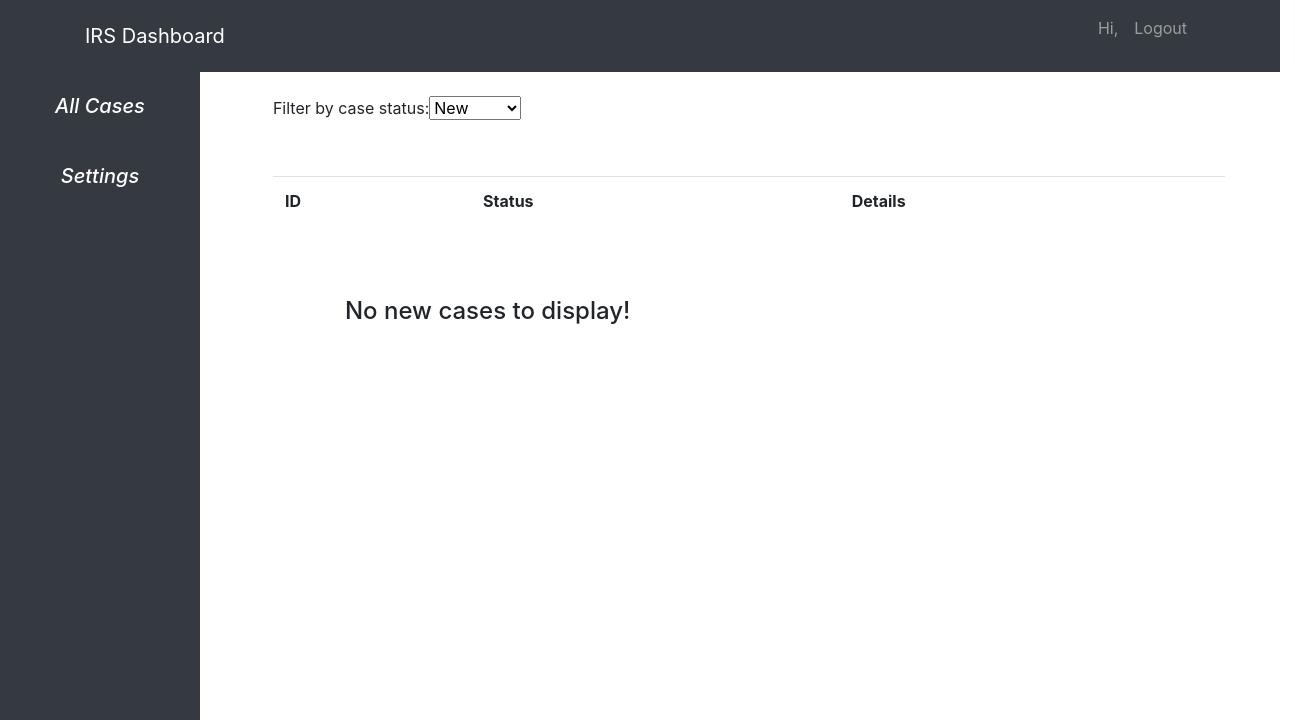
Repository: greeshmavyas/IRS_CS
Page: /AgentDashboard (app in AgentManagement/Frontend/)
An editor plug-in stored every save of this project. The page is shown before and after the next save, followed by the edit.
The browser window is 1280 px wide. The page is 1295 px wide, so the pictures cover 1295 px, including what lies to the right of the window. The pictures show the whole page.
Some web libraries are served in a nearby version. The project was rebuilt for these pictures with package versions that can differ from the ones it lists, and the page was loaded fresh each time. Also part of the build but not shown: AgentManagement/Frontend/src/components/NavbarLogin.js, AgentManagement/Frontend/src/components/login.js, AgentManagement/Frontend/src/components/updateProfile.js, AgentManagement/frontend/src/App.css.

Above is the page before, as saved 2020-11-05 23:44:35.

### AgentManagement/frontend/public/index.html
<!DOCTYPE html>
<html lang="en">
  <head>
    <meta charset="utf-8" />
    <link rel="icon" href="%PUBLIC_URL%/favicon.ico" />
    <meta name="viewport" content="width=device-width, initial-scale=1" />
    <meta name="theme-color" content="#000000" />
    <meta
      name="description"
      content="Web site created using create-react-app"
    />
    <link rel="apple-touch-icon" href="%PUBLIC_URL%/logo192.png" />
    <!--
      manifest.json provides metadata used when your web app is installed on a
      user's mobile device or desktop. See https://developers.google.com/web/fundamentals/web-app-manifest/
    -->
    <link rel="manifest" href="%PUBLIC_URL%/manifest.json" />
    <link rel="stylesheet" href="https://stackpath.bootstrapcdn.com/bootstrap/4.4.1/css/bootstrap.min.css"
      integrity="sha384-Vkoo8x4CGsO3+Hhxv8T/Q5PaXtkKtu6ug5TOeNV6gBiFeWPGFN9MuhOf23Q9Ifjh" crossorigin="anonymous">
    <script src="https://kit.fontawesome.com/db1fc867ad.js" crossorigin="anonymous"></script>
    <!--
      Notice the use of %PUBLIC_URL% in the tags above.
      It will be replaced with the URL of the `public` folder during the build.
      Only files inside the `public` folder can be referenced from the HTML.

      Unlike "/favicon.ico" or "favicon.ico", "%PUBLIC_URL%/favicon.ico" will
      work correctly both with client-side routing and a non-root public URL.
      Learn how to configure a non-root public URL by running `npm run build`.
    -->
    <title>React App</title>
  </head>
  <body>
    <noscript>You need to enable JavaScript to run this app.</noscript>
    <div id="root"></div>
    <script src="https://code.jquery.com/jquery-3.4.1.slim.min.js"
      integrity="sha384-J6qa4849blE2+poT4WnyKhv5vZF5SrPo0iEjwBvKU7imGFAV0wwj1yYfoRSJoZ+n" crossorigin="anonymous"></script>
    <script src="https://cdn.jsdelivr.net/npm/popper.js@1.16.0/dist/umd/popper.min.js"
      integrity="sha384-Q6E9RHvbIyZFJoft+2mJbHaEWldlvI9IOYy5n3zV9zzTtmI3UksdQRVvoxMfooAo" crossorigin="anonymous"></script>
    <script src="https://stackpath.bootstrapcdn.com/bootstrap/4.4.1/js/bootstrap.min.js"
      integrity="sha384-wfSDF2E50Y2D1uUdj0O3uMBJnjuUD4Ih7YwaYd1iqfktj0Uod8GCExl3Og8ifwB6" crossorigin="anonymous"></script>
    <!--
      This HTML file is a template.
      If you open it directly in the browser, you will see an empty page.

      You can add webfonts, meta tags, or analytics to this file.
      The build step will place the bundled scripts into the <body> tag.

      To begin the development, run `npm start` or `yarn start`.
      To create a production bundle, use `npm run build` or `yarn build`.
    -->
  </body>
</html>

### AgentManagement/Frontend/src/App.js
import React from 'react';
import { BrowserRouter } from 'react-router-dom';
import Main from "./Main"
import './App.css';

function App() {
  return (
    <div>
      <BrowserRouter>
        <Main />
      </BrowserRouter>
    </div>
  );
}

export default App;

### AgentManagement/Frontend/src/Main.js
import React, { Component } from 'react';
import { Route } from 'react-router-dom';
import login from './components/login';
import Dashboard from './components/Dashboard';
import updateProfile from './components/updateProfile';

 class Main extends Component {
    render() {
        return (
          <div>
            <Route exact path="/" component={login} />
            <Route exact path="/AgentDashboard" component={Dashboard} />
            <Route exact path="/updateProfile" component={updateProfile} />
          </div>
        );
    }
}

export default Main;

### AgentManagement/Frontend/src/components/Dashboard.js
import React, { Component } from 'react';
import axios from "axios";
import NavbarDash from "./NavbarDash";
import { Modal, ModalHeader, ModalBody, ModalFooter } from "reactstrap";
import Sidebar from './Sidebar'
import config from '../config/settings'
import Card from 'react-bootstrap/Card'
import Dropdown from 'react-bootstrap/Dropdown'
import Table from 'react-bootstrap/Table'

class Dashboard extends Component {
  constructor() {
    super();
    this.state = {
      allCases: {},
      viewcase: null,
      modal: false,
      mstatus: "open",
      flag: false
    };

  }

  showModal = () => {
    console.log("hello");
    this.setState({
      modal: !this.state.modal,
    });
  };
  showModal1 = (viewcase) => {
    console.log("hello1");
    this.setState({
      modal: !this.state.modal,
      viewcase: viewcase,
    });
  };

  handleStatusChange = (modalstatus) => {
    this.setState({
      mstatus: modalstatus
    })
  }

  async componentDidMount() {
    console.log("in get all cases frontend")

    let agentID = localStorage.getItem("agentID");
    let organisationID = localStorage.getItem("organisationID")
    let count = 0
    axios.defaults.withCredentials = true;
    if(agentID){
      count = count+1
      let data = {
        agentID: agentID,
        organisationID: organisationID
      };
      console.log("data is..")
      console.log(data);

      axios({
        method: 'get',
        url: 'http://' + config.hostname + ':' + config.backendPort + '/getCases',
        params: data,
      })
        .then((response) => {
          console.log("response from getCases")
          console.log(response)

          if (response.status === 200) {
            let receivedCases = response.data.cases;
            console.log("received cases")
            console.log(response.data.cases)
            if (receivedCases) {
              this.setState({ allCases: receivedCases, flag: true });
            } else {
              this.setState({ allCases: {} });
            }
          }
          else {
            this.setState({ allCases: {} });
          }

        })
        .catch(error => {
          console.log(error);
          this.setState({ allCases: {} })
        })
    }
    else if(count < 1){
      window.location.reload();
    }

  }

  render() {
    const closeBtn = (
      <button className="close" onClick={() => this.showModal()}>
        &times;
       </button>
    );
    var casedetails;
    if (this.state.flag) {
      casedetails = this.state.allCases.map((ticket) => {
        return (
          <div>
            <div onClick={() => this.showModal1(ticket)} >
                  <Table>
                    <tbody >
                      <tr >
                        <td style={{ width: '10rem' }}>{ticket.CaseID}</td>
                        <td style={{ width: '15rem' }}>{ticket.Status}</td>
                        <td style={{ width: '50rem' }}>{ticket.Information} </td>
                      </tr>
                    </tbody>
                  </Table>
            </div>
          </div>
        );
      });
    }
    return (
      <div>
        <NavbarDash />
        <div className="row">
          <div className="col-2">
            <Sidebar />
          </div>
          <div className="container col-9">
          <form action="/action_page.php">
            <label for="filters">Filter by case status:   </label>
              <select name="status" id="status">
                <option value="New">New</option>
                <option value="Open">Open</option>
                <option value="Resolved">Resolved</option>
                <option value="Pending">Pending</option>
              </select>
            <br></br>
            <br></br>
            <br></br>
          </form>
          <Table>
          <tr>
            <th>ID</th>
            <th>Status</th>
            <th>Details</th>
          </tr>
          </Table>
          {this.state.allCases.length > 0 ? (
              <div className="col-10">
                {casedetails}
                {this.state.viewcase != null ? (
                  <Modal
                    isOpen={this.state.modal}
                    toggle={() => this.showModal()}
                    className="modal-popup-lg"
                    scrollable
                  >
                    <ModalHeader
                      toggle={() => this.showModal()}
                      close={closeBtn}
                    >
                      Case Details
                   </ModalHeader>
                    <ModalBody className="modal-body">
                      <div className=" row form-group">
                        <p className="font-weight col-7">
                          Information : {this.state.viewcase.Information}
                        </p>
                        <div className="col-3">
                          <button class="btn btn-success dropdown-toggle" type="button" id="dropdownMenuButton" data-toggle="dropdown" aria-haspopup="true" aria-expanded="false">
                            {this.state.mstatus}</button>
                          <div class="dropdown-menu" aria-labelledby="dropdownMenuButton">
                            <button onClick={() => this.handleStatusChange("Working")} class="dropdown-item" >Working</button>
                            <button onClick={() => this.handleStatusChange("Resolved")} class="dropdown-item" >Resolved</button>
                            <button onClick={() => this.handleStatusChange("Postponed")} class="dropdown-item" >Postponed</button>
                          </div>
                        </div>
                      </div>
                      <div className="form-group">
                        <p className="font-weight-bold">
                          Resolution Comments : {this.state.viewcase.ResolutionComments}
                        </p>

                      </div>

                    </ModalBody>
                    <ModalFooter>
                    </ModalFooter>
                  </Modal>
                ) : null}
              </div>
            ) : (
                <div>
                  <h4 style={{ margin: "3em" }}>No new cases to display!</h4>
                </div>
              )}
          </div>

        </div>
      </div>
    );
  }
}

export default Dashboard;

### AgentManagement/Frontend/src/config/settings.js
module.exports = {
    "hostname": "localhost",
    "backendPort": 3001,
    'frontendHostName': 'localhost',
    'frontendPort': 3000,
};

### AgentManagement/Frontend/src/components/NavbarDash.js
import React, { Component } from 'react';

class NavbarDash extends Component {

  handleLogout = () => {
    window.localStorage.clear();
  };

  render() {
    return (
      <nav className="navbar navbar-expand-sm navbar-dark bg-dark mb-4">
        <div className="container">
          <a className="navbar-brand" href="/AgentDashboard">
            IRS Dashboard
          </a>
          <button
            className="navbar-toggler"
            type="button"
            data-toggle="collapse"
            data-target="#mobile-nav"
          >
            <span className="navbar-toggler-icon"></span>
          </button>

          <div className="collapse navbar-collapse" id="mobile-nav">

            <ul className="navbar-nav ml-auto">
              <li className="nav-item">
                <p className="nav-link" >
                  Hi, {localStorage.getItem("firstname")}
                </p>
              </li>
              <li className="nav-item">
                <a className="nav-link" href="/" onClick={this.handleLogout}>
                  Logout
                </a>
              </li>
            </ul>
          </div>
        </div>
      </nav>
    );
  }
}

export default NavbarDash;

### AgentManagement/Frontend/src/components/Sidebar.js
import React from 'react';
import styled from 'styled-components';
import { BrowserRouter as Router, Route, Link, withRouter } from "react-router-dom";

const StyledSideNav = styled.div`
    position: fixed;     /* Fixed Sidebar (stay in place on scroll and position relative to viewport) */
    height: 100%;
    width: 200px;     /* Set the width of the sidebar */
    z-index: 1;      /* Stay on top of everything */
    top: 3.4em;      /* Stay at the top */
    background-color: #343a40; /* Black */
    overflow-x: hidden;     /* Disable horizontal scroll */
    padding-top: 40px;
    font-style: oblique;
`;

class SideNav extends React.Component {
    constructor(props) {
        super(props);
        this.state = {
            activePath: props.location.pathname,
            items: [
                {
                  path: '/AgentDashboard', /* path is used as id to check which NavItem is active basically */
                  name: 'All Cases',
                  key: 1 /* Key is required, else console throws error. Does this please you Mr. Browser?! */
                },
                {
                    path: '/updateProfile',
                    name: 'Settings',
                    key: 2
                  },
              ]
        }
    }

    onItemClick = (path) => {
        this.setState({ activePath: path });
    }

    render() {
        const { items, activePath } = this.state;
        return(
            <StyledSideNav>
                {
                    items.map((item) => {
                        return (
                            <NavItem
                                path={item.path}
                                name={item.name}
                                onItemClick={this.onItemClick}
                                active={item.path === activePath}
                                key={item.key}
                            />
                        );
                    })
                }
            </StyledSideNav>
        );
    }
}

const RouterSideNav = withRouter(SideNav);

const StyledNavItem = styled.div`
    height: 70px;
    width: 200px; /* width must be same size as NavBar to center */
    text-align: center; /* Aligns <a> inside of NavIcon div */
    margin-bottom: 0;   /* Puts space between NavItems */
    a {
        font-size: 2.7em;
        color: ${(props) => props.active ? "white" : "#FFFFFF"};
        :hover {
            opacity: 0.7;
            text-decoration: none; /* Gets rid of underlining of icons */
        }
    }
`;

class NavItem extends React.Component {
    handleClick = () => {
        const { path, onItemClick } = this.props;
        onItemClick(path);
    }

    render() {
        const { active } = this.props;
        return(

            <StyledNavItem active={active}>

                <Link to={this.props.path}   className={this.props.name} onClick={this.handleClick}>

                    <NavIcon> <h5 color = "#FFFFFF" >{this.props.name}</h5></NavIcon>
                </Link>
            </StyledNavItem>
        );
    }
}

const NavIcon = styled.div`
`;

export default class Sidebar extends React.Component {
    render() {
        return (
            <RouterSideNav></RouterSideNav>
        );
    }
}

Loaded but not shown: AgentManagement/Frontend/src/index.js (common file); AgentManagement/frontend/src/index.css (common file); AgentManagement/frontend/src/serviceWorker.js (common file)

After the next save:
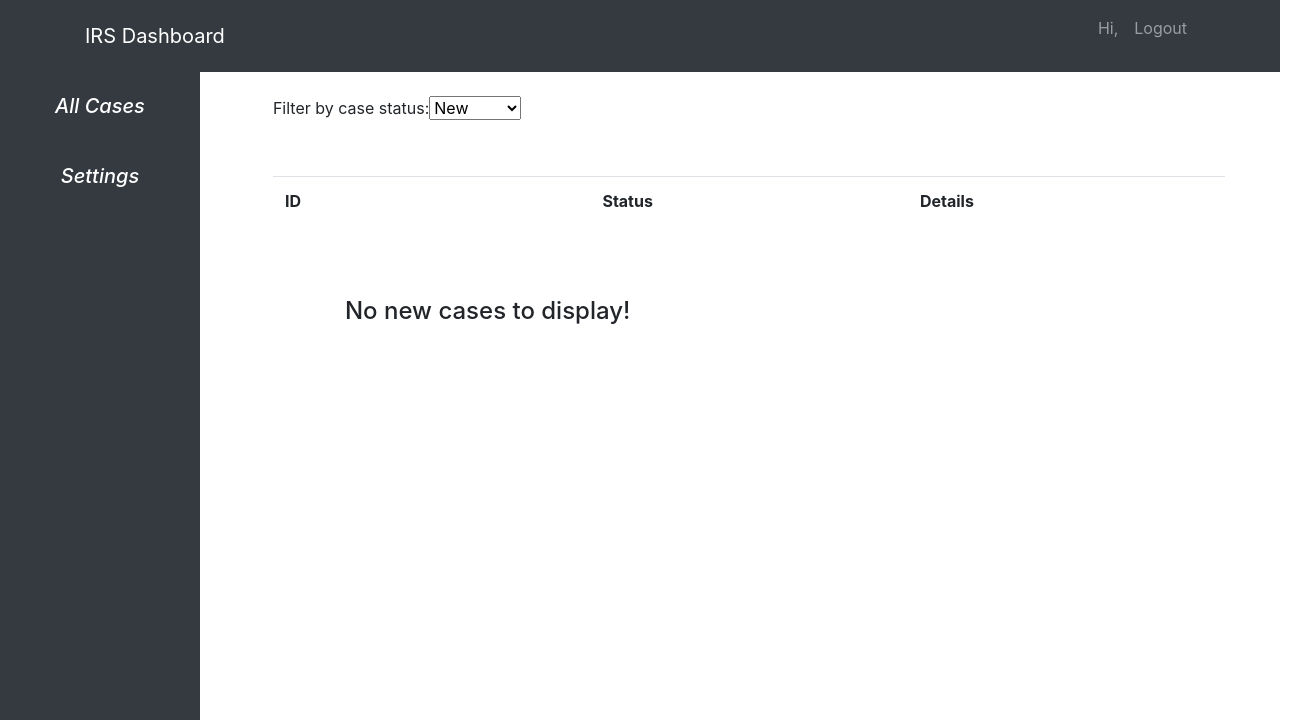
Saved 52 s later.
--- a/AgentManagement/Frontend/src/components/Dashboard.js
+++ b/AgentManagement/Frontend/src/components/Dashboard.js
@@ -140,9 +140,9 @@ class Dashboard extends Component {
           </form>
           <Table>
           <tr>
-            <th>ID</th>
-            <th>Status</th>
-            <th>Details</th>
+            <th style={{ width: '10rem' }}>ID</th>
+            <th style={{ width: '10rem' }}>Status</th>
+            <th style={{ width: '10rem' }}>Details</th>
           </tr>
           </Table>
           {this.state.allCases.length > 0 ? (
